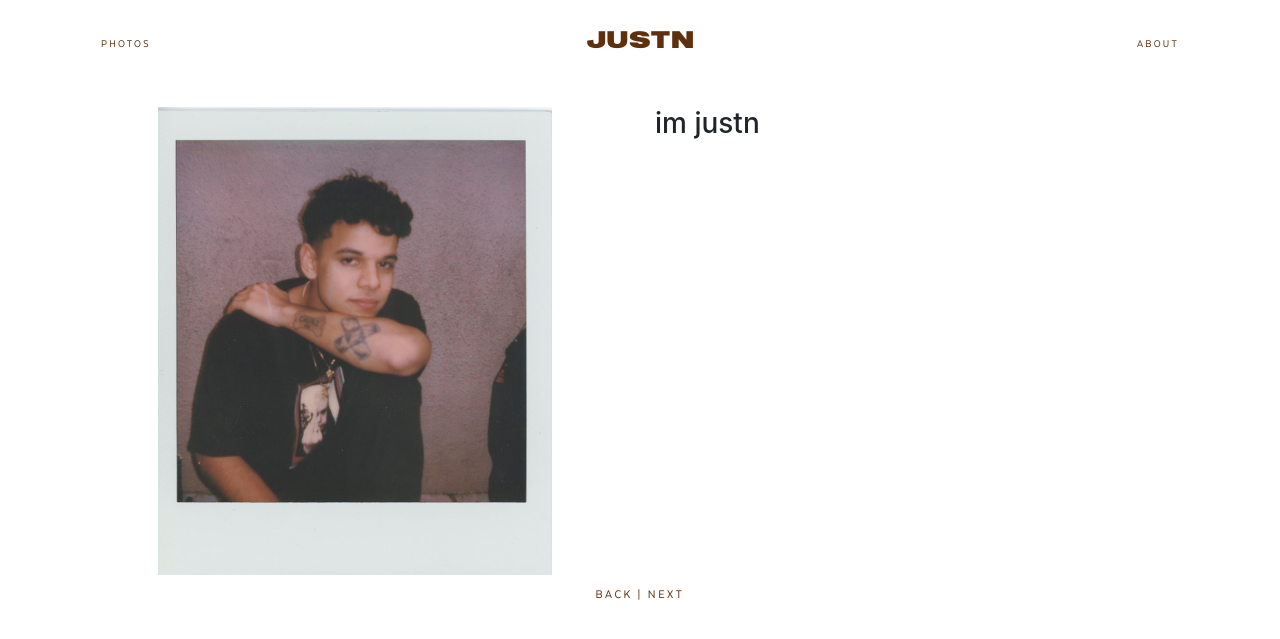
Repository: AviMKabir/justn_2020
Page: about.html
An editor plug-in stored every save of this project. The page is shown before and after a run of saves, followed by the edit.
The browser window is 1280 px wide. The pictures show the whole page.

Above is the page before, as saved 2020-12-06 17:58:30.

After the next 2 saves:
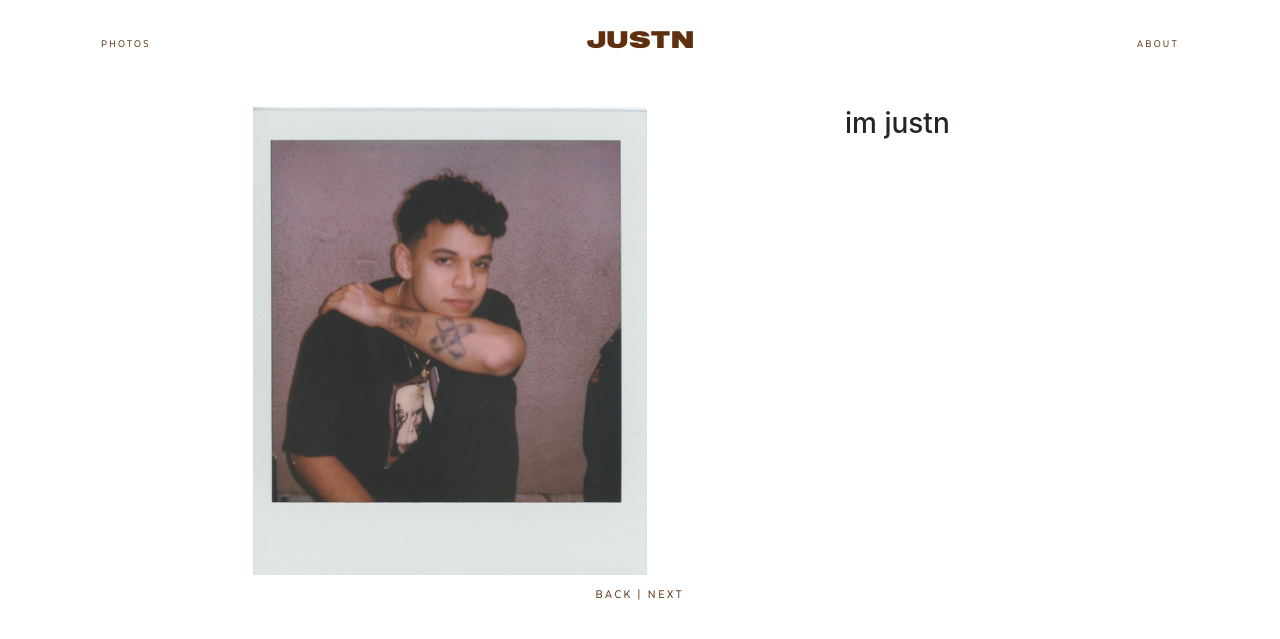
The 2 saves are shown as one change because they came seconds apart.
The last was saved 13 min 0 s later.
--- a/about.html
+++ b/about.html
@@ -101,10 +101,10 @@
             <div class="carousel-inner">
                 <div class="carousel-item active">
                     <div class="row">
-                        <div class="col">
+                        <div class="col-12 col-md-8">
                         <img class="d-block " src="./img/about.jpg">
                         </div>
-                        <div class="col">
+                        <div class="col-12 col-md-4">
                         <h3>im justn</h3>
                         </div>
                     </div>
